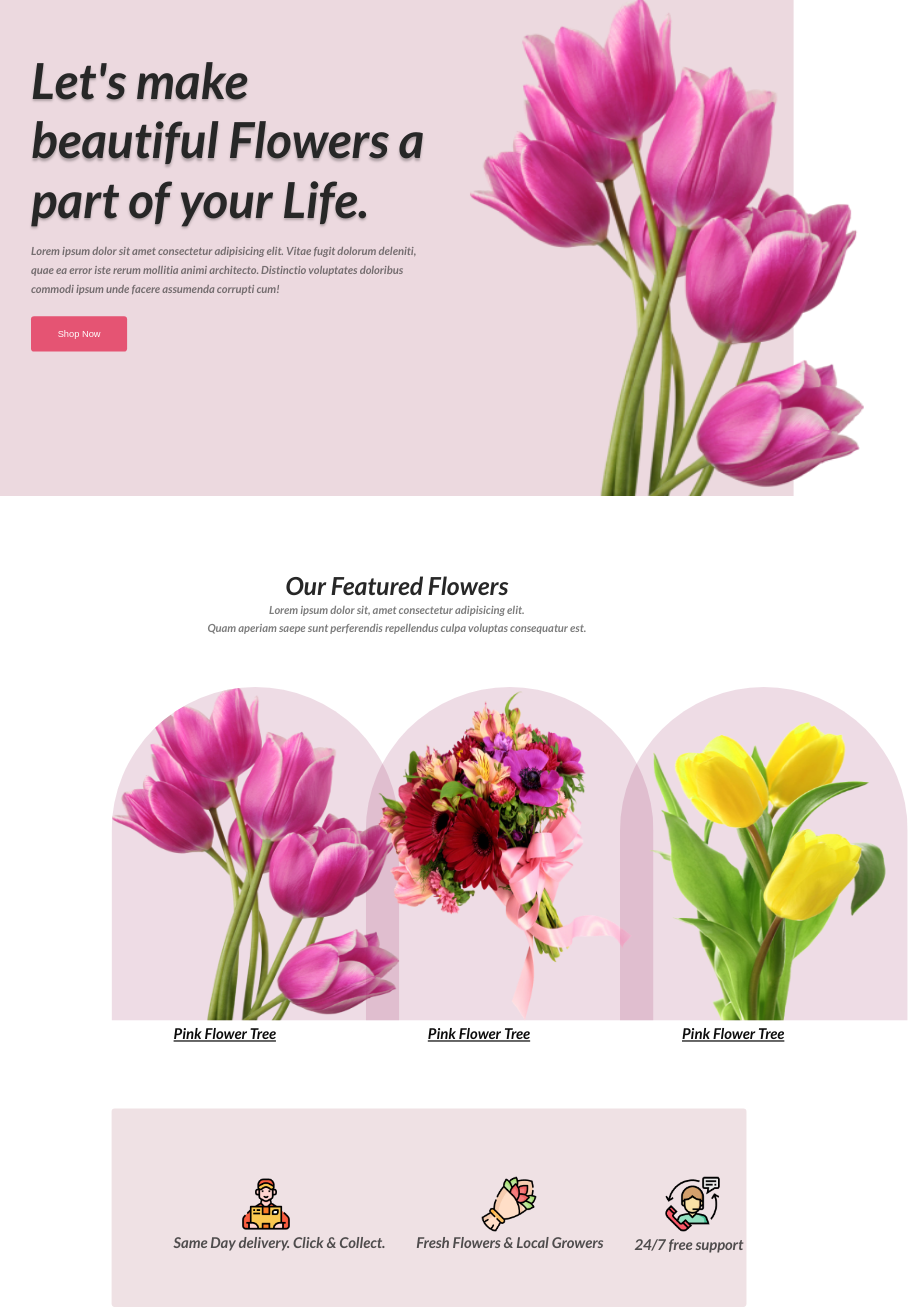
Repository: AnitaAkter/anita-flower-shop
Page: index.html
An editor plug-in stored every save of this project. The page is shown before and after the next save, followed by the edit.
The browser window is 1280 px wide. The page is 1464 px wide, then 1424 px, then 1464 px, so the pictures cover 1464 px, including what lies to the right of the window. The pictures show the whole page, at 62% of full size.

Above is the page before, as saved 2023-09-05 22:28:05.

After the next save:
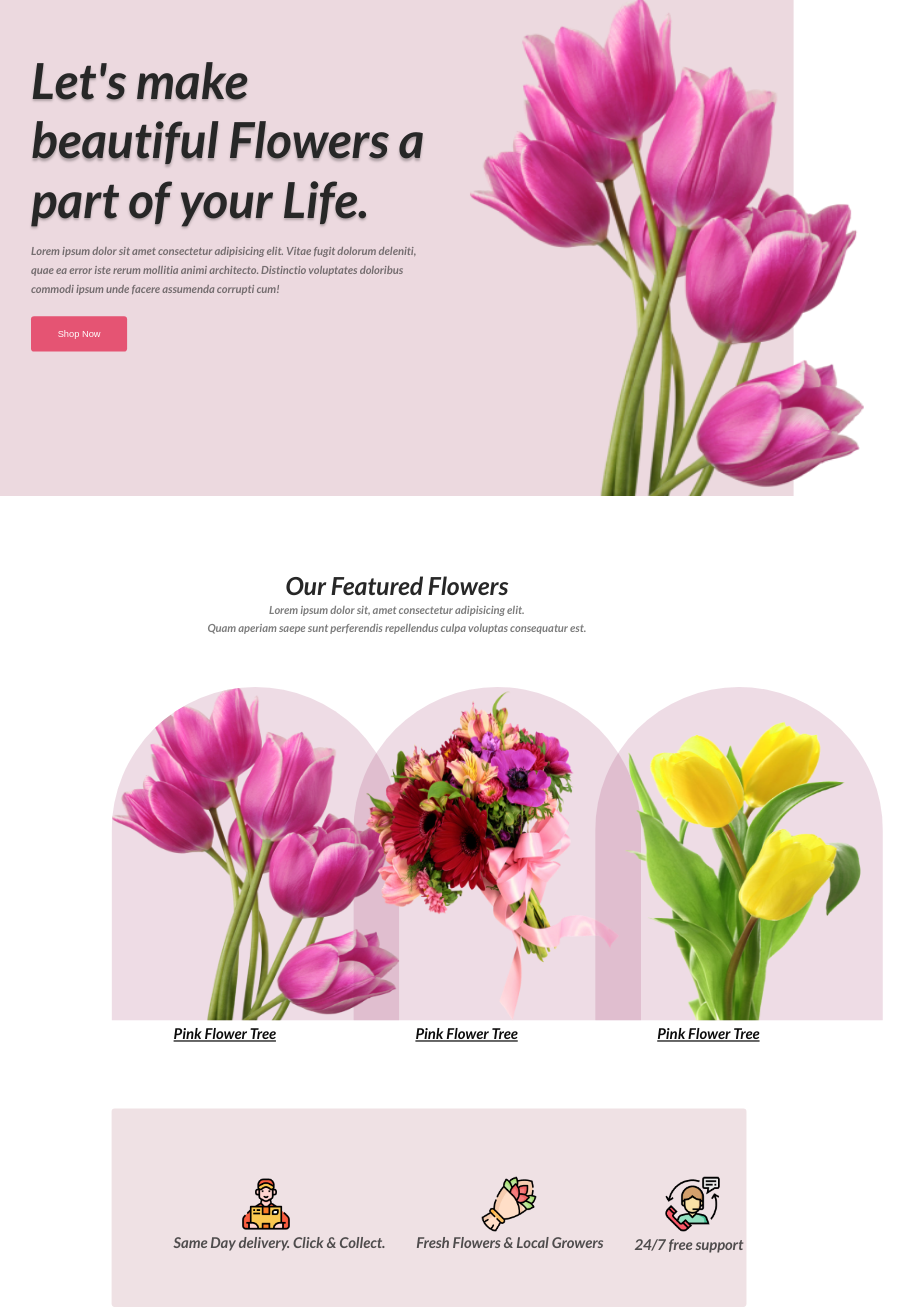
Saved 11 s later.
--- a/style.css
+++ b/style.css
@@ -132,7 +132,7 @@
 .flowers-img {
     display: flex;
     align-items: center;
-    gap: 100px;
+    gap: 80px;
 
 }
 

After the save that followed:
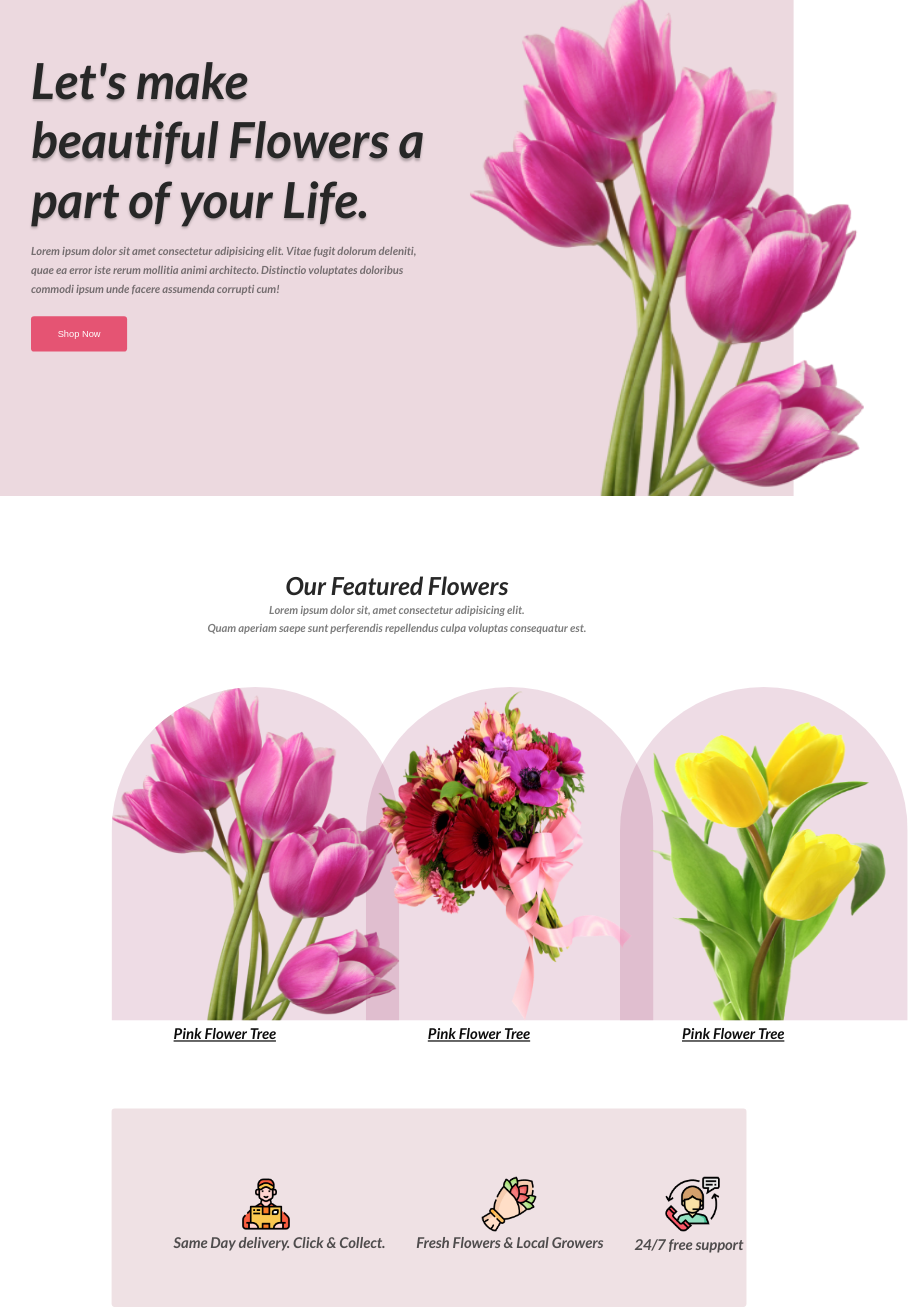
Saved 10 s later.
--- a/style.css
+++ b/style.css
@@ -132,7 +132,7 @@
 .flowers-img {
     display: flex;
     align-items: center;
-    gap: 80px;
+    gap: 100px;
 
 }
 
